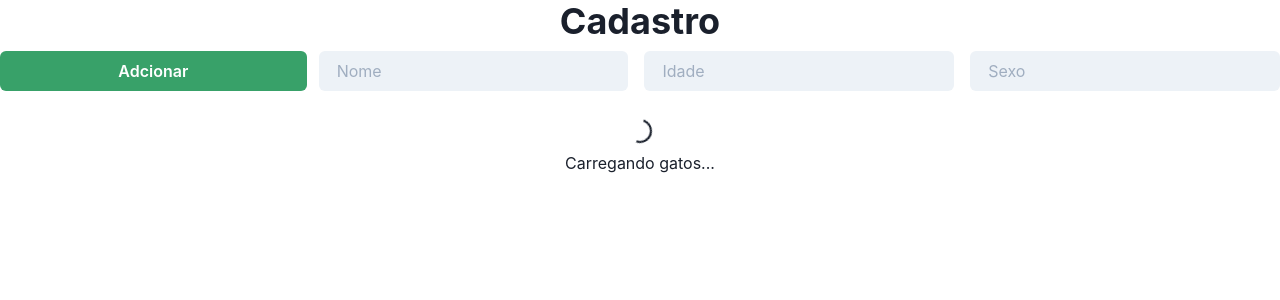
Repository: thislucasme/front-end-cats-react.js
Page: /cadastro
These files come from the project's save history. The page is drawn as it stood at one moment and after the next save; the edit follows.
The browser window is 1280 px wide. The pictures show the whole page.
The page's requests for data from a server got no answer. The project was rebuilt for these pictures with package versions that can differ from the ones it lists, and the page was loaded fresh each time. No one was signed in, and anything a server would have sent is missing.

Above is the page before, as saved 2021-10-27 15:35:00.

After the next save:
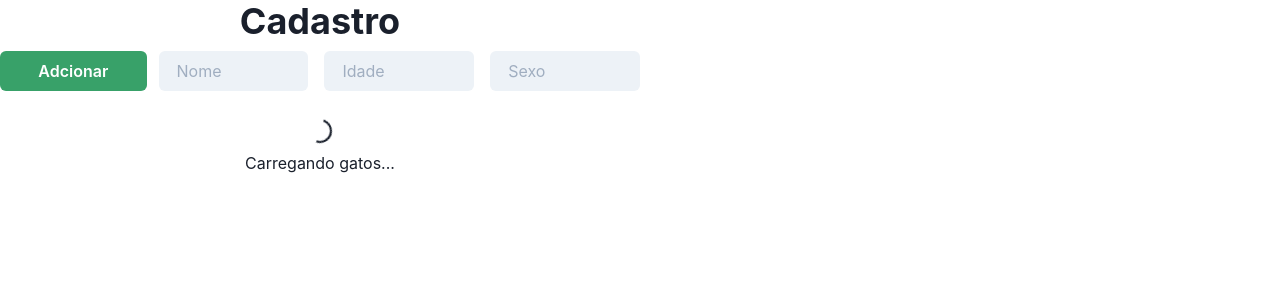
Saved 14 s later.
--- a/src/pages/cadastro.gatos.tsx
+++ b/src/pages/cadastro.gatos.tsx
@@ -39,7 +39,7 @@ export const Cadastro = () => {
 	}
 
 	return (
-		<VStack >
+		<VStack w="50%">
 			<Heading>Cadastro</Heading>
 			<Flex w="full" mt={5}>
 				<Button mr={3} w="full" colorScheme="green" onClick={() => { salvar() }}>Adcionar</Button>
